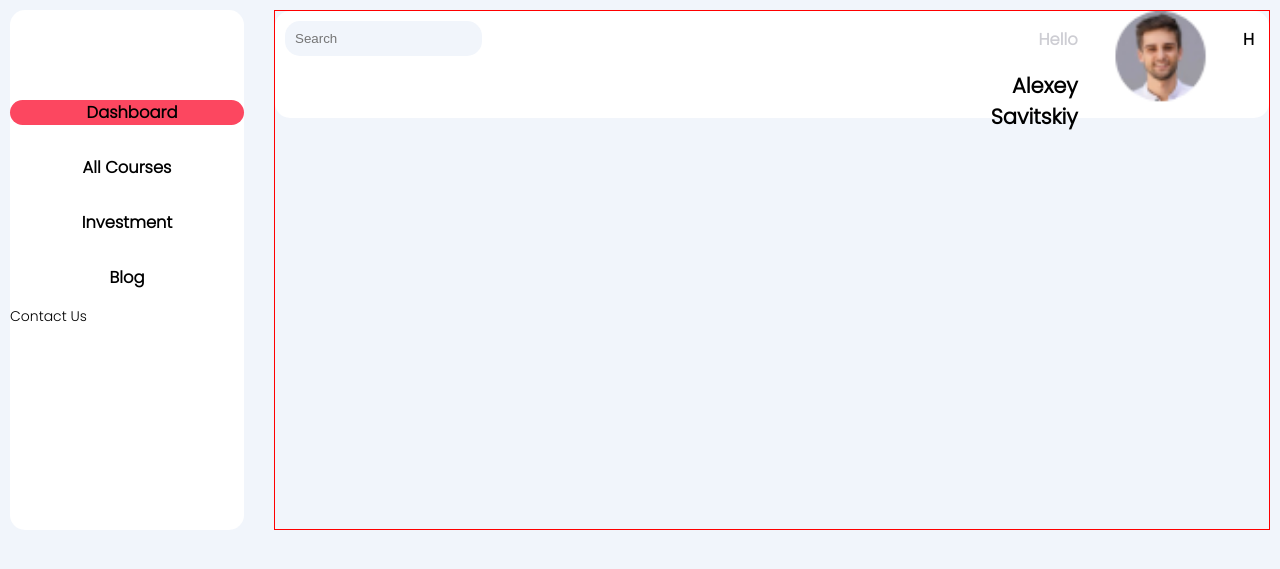
Repository: Anuruddha00/dashboard-design
Page: /
The author's editor kept a copy of each file at every save. The page is drawn from the files as they stood at one save, then again after the next save.
The browser window is 1280 px wide. The pictures show the whole page.
The project was rebuilt for these pictures with package versions that can differ from the ones it lists, and the page was loaded fresh each time.

Above is the page before, as saved 2021-05-07 00:39:51.

After the next save:
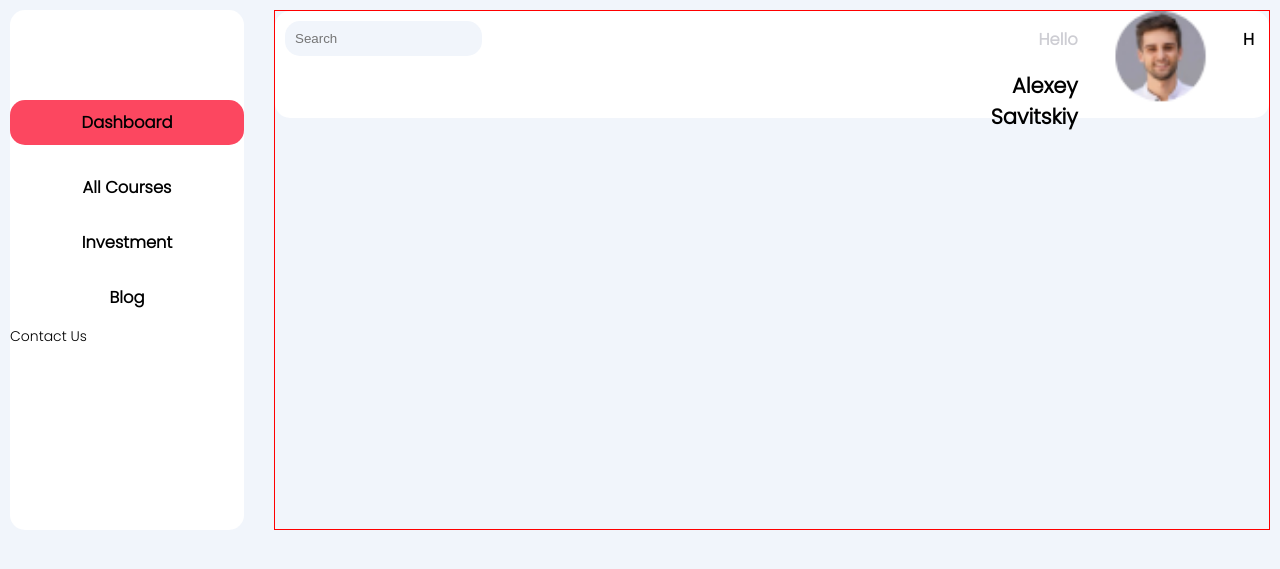
Saved 16 s later.
--- a/src/containers/Dashboard/Dashboard.scss
+++ b/src/containers/Dashboard/Dashboard.scss
@@ -31,7 +31,7 @@ body{
                     background:#fc4760;
                     border-radius: 15px;
                     text-align: center;
-                    padding-left: 10px;
+                    padding: 10px 10px 10px 10px;
                 }
                 h3{
                     text-align: center;
